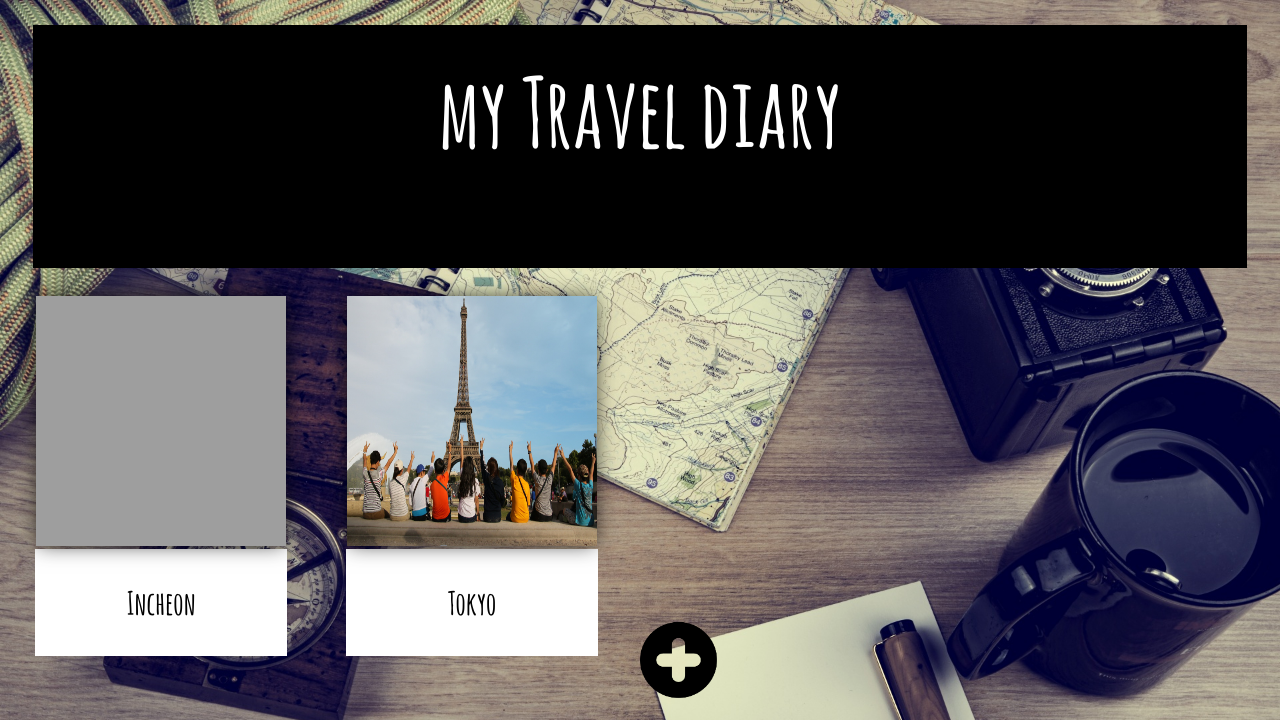
Repository: minkyung0421/jsp_travel_project
Page: http://localhost/Travel_Project/
The author's editor kept a copy of each file at every save. The page is drawn from the files as they stood at one save, then again after the next save.
The browser window is 1280 px wide. The pictures show the whole page.
Pictures or frames that could not be fetched are drawn as grey boxes. The page is served by Tomcat 9.

Above is the page before, as saved 2018-08-21 05:21:55.

After the next save:
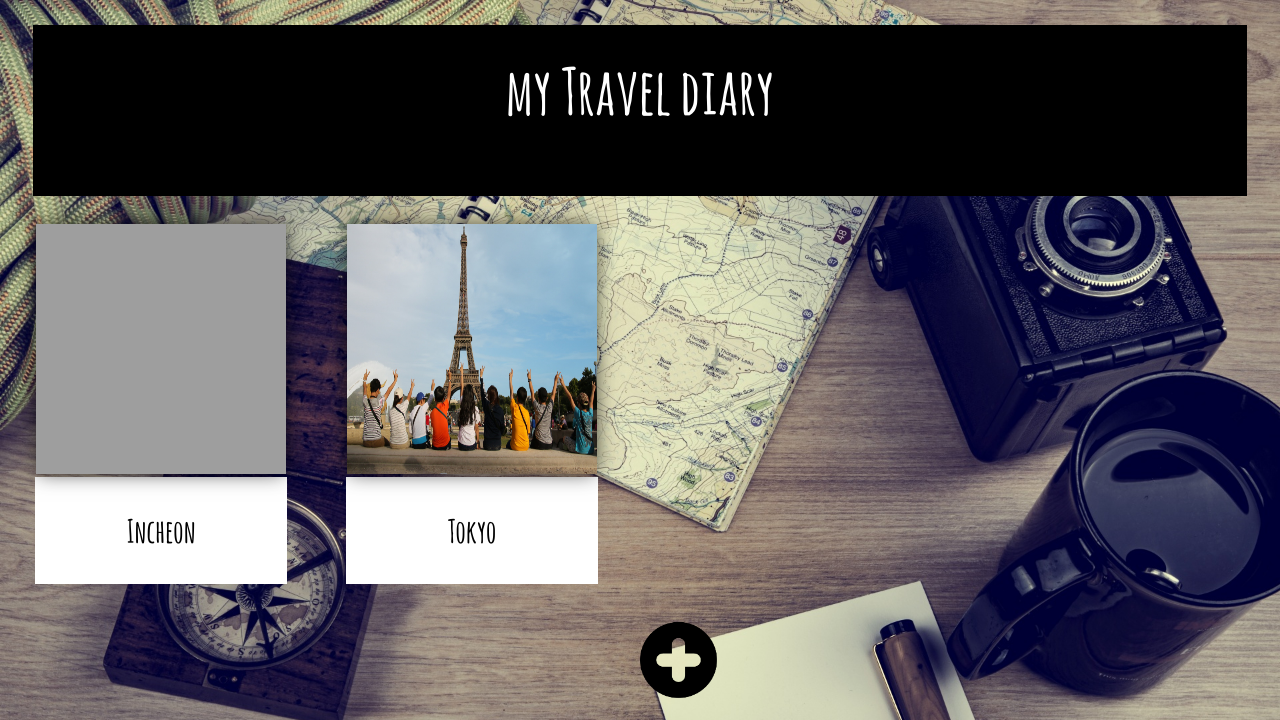
Saved 11 s later.
--- a/jsp_travel_project/Travel_Project/WebContent/index.jsp
+++ b/jsp_travel_project/Travel_Project/WebContent/index.jsp
@@ -28,7 +28,7 @@ table{
 
 .font2{
 	font-family: amaticsc-bold;
-	font-size: 6em;
+	font-size: 4em;
 	color: white;
 	margin-top: 2%;
 }
